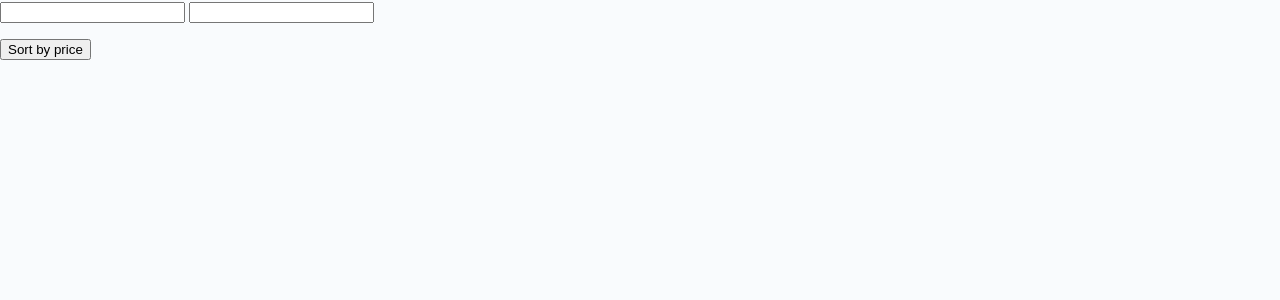
Repository: andrii1/hyf-homework
Page: javascript/javascript2/week2/hyf-bay/index.html
The author's editor kept a copy of each file at every save. The page is drawn from the files as they stood at one save, then again after the next save.
The browser window is 1280 px wide. The pictures show the whole page.

Above is the page before, as saved 2022-07-03 15:47:01.

### javascript/javascript2/week2/hyf-bay/index.html
<head>
  <title>HyfBay</title>
  <meta name="viewport" content="width=device-width, initial-scale=1" />
  <link rel="stylesheet" type="text/css" href="main.css" />
  <link
    href="https://fonts.googleapis.com/css?family=Open+Sans:400,800"
    rel="stylesheet"
  />
</head>

<body>
  <main>
    <form action="#">
      <input type="text" id="search" /> <input type="text" id="maximumPrice" />
    </form>
    <button id="price-sort">Sort by price</button>
    <ul id="list"></ul>
  </main>
  <script src="hyfBayHelpers.js"></script>
  <script src="main.js"></script>
</body>

### javascript/javascript2/week2/hyf-bay/main.css
body {
    font-family: "Open Sans", sans-serif;
    background-color: #F9FBFD;
}

* {
    box-sizing: border-box;
}

body, h1, h2 {
    margin: 0;
}

ul {
    list-style-type: none;
    margin: 0;
    padding: 10;
}

### javascript/javascript2/week2/hyf-bay/hyfBayHelpers.js
/* DONT MODIFY ANY OF THIS CODE!!!*/

window.getAvailableProducts = function () {
  function getRandomInt(min, max) {
    min = Math.ceil(min);
    max = Math.floor(max);
    return Math.floor(Math.random() * (max - min + 1)) + min;
  }

  function getRandomItem(availableProductNames) {
    return availableProductNames[
      getRandomInt(0, availableProductNames.length - 1)
    ];
  }

  function getRandomProductname() {
    const preWords = [
      "Used",
      "Fantastic",
      '"Used"',
      "Broken",
      "Beautiful",
      "Wet",
      "Green",
      "Sloppy",
      "Dirty",
    ];
    const productNames = [
      "Carrot",
      "Drone",
      "Giftcard",
      "Puppy",
      "Car",
      "Shirt",
      "Milk",
      "Chalk",
      "Fish fingers",
      "Socks",
      "Chocolate",
      "Toothbrush",
      "Computer",
      "Nokia",
      "Cologne",
    ];

    let chosenProductName = getRandomItem(productNames);
    const shouldHavePreWord = getRandomInt(0, 10) > 6;

    if (shouldHavePreWord) {
      const preWord = preWords[getRandomInt(0, preWords.length - 1)];
      chosenProductName = `${preWord} ${chosenProductName}`;
    }

    return chosenProductName;
  }

  const numberOfAvailableProducts = getRandomInt(0, 30);
  const availableProducts = Array.apply(
    null,
    Array(numberOfAvailableProducts)
  ).map(() => {
    const name = getRandomProductname();
    return {
      id: `${name}${getRandomInt(0, 100000)}`,
      name,
      price: getRandomInt(0, 10000),
      rating: getRandomInt(1, 10),
    };
  });

  return availableProducts;
};

### javascript/javascript2/week2/hyf-bay/main.js
console.log("Script loaded");
const products = getAvailableProducts();
console.log(products);
const searchInput = document.getElementById("search");
const maximumPriceInput = document.getElementById("maximumPrice");
const buttonSortPrice = document.getElementById("price-sort");
searchInput.addEventListener("input", filterProducts);
maximumPriceInput.addEventListener("input", filterProductsByPrice);
buttonSortPrice.addEventListener("click", sortProductsByPrice);
function filterProducts(event) {
  const filteredProducts = products.filter((product) =>
    product.name.toLowerCase().includes(event.target.value)
  );
  renderProducts(filteredProducts);
}

function filterProductsByPrice(event) {
  const filteredProducts = products.filter(
    (product) => product.price < event.target.value
  );
  renderProducts(filteredProducts);
}
let clickCount = 0;
function sortProductsByPrice() {
  if (clickCount % 2 == 0) {
    const sortedProducts = products.sort((a, b) => a.price - b.price);
    renderProducts(sortedProducts);
  } else {
    const sortedProducts = products.sort((a, b) => b.price - a.price);
    renderProducts(sortedProducts);
  }

  clickCount++;
}

const list = document.querySelector("#list");

function renderProducts(products) {
  // your code here
  list.innerHTML = "";
  for (let i = 0; i < products.length; i++) {
    const listItem = document.createElement("li");
    const name = document.createElement("h2");
    const price = document.createElement("p");
    const rating = document.createElement("p");
    name.innerHTML = products[i].name;
    price.innerHTML = `price: ${products[i].price}`;
    rating.innerHTML = `rating: ${products[i].rating}`;
    list.appendChild(listItem);
    list.appendChild(name);
    list.appendChild(price);
    list.appendChild(rating);
  }
}

//renderProducts(products); // This should create the ul and the li's with the individual products details

After the next save:
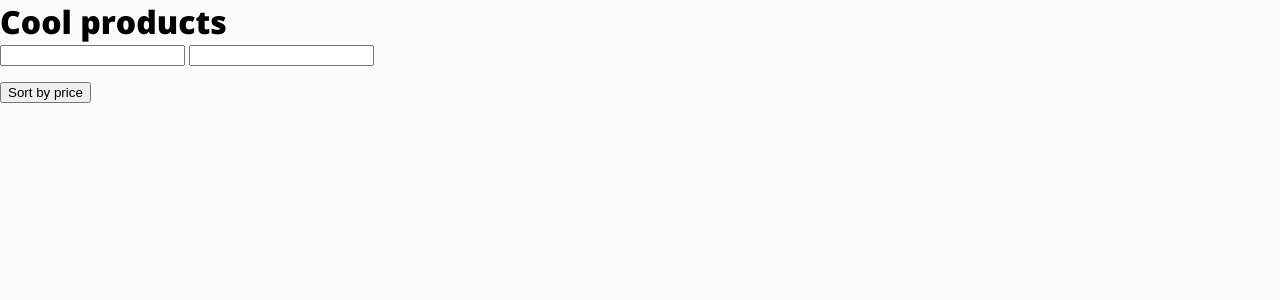
Saved 5 min 47 s later.
--- a/javascript/javascript2/week2/hyf-bay/index.html
+++ b/javascript/javascript2/week2/hyf-bay/index.html
@@ -10,6 +10,7 @@
 
 <body>
   <main>
+    <h1>Cool products</h1>
     <form action="#">
       <input type="text" id="search" /> <input type="text" id="maximumPrice" />
     </form>
